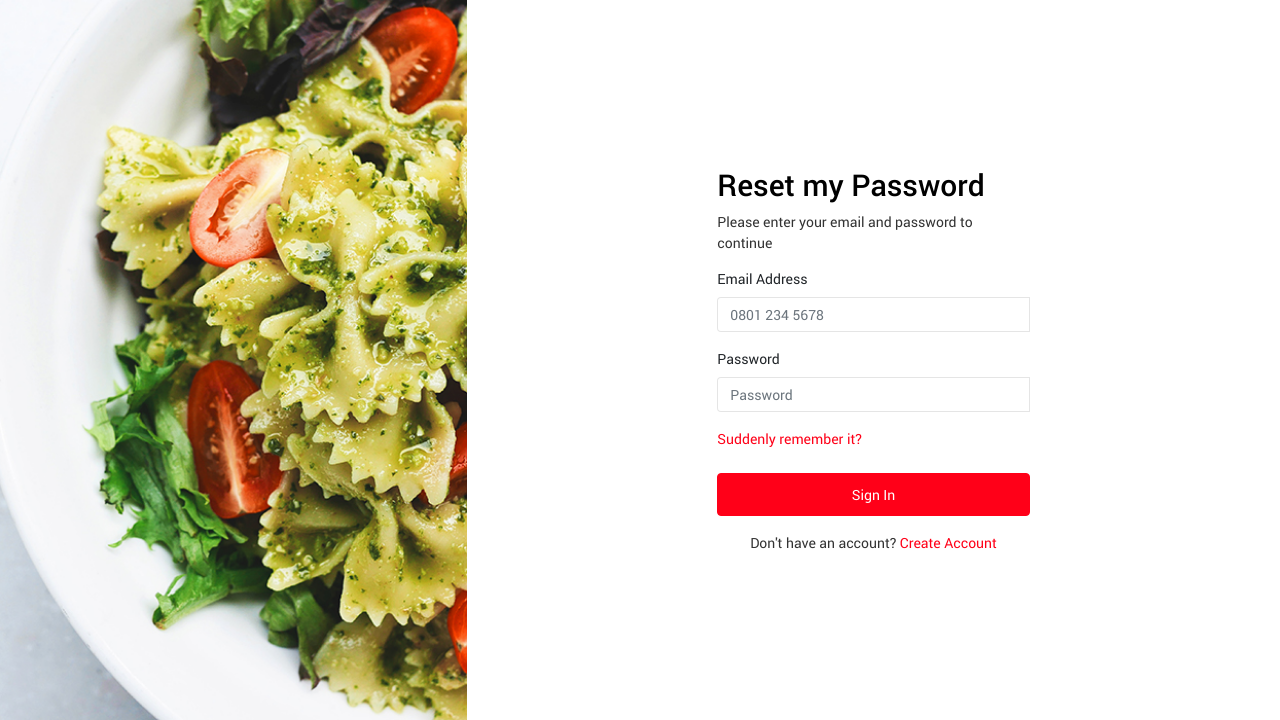
Repository: ahmedpeter/tavern
Page: /reset-password
These files come from the project's save history. The page is drawn as it stood at one moment and after the next save; the edit follows.
The browser window is 1280 px wide. The pictures show the whole page.
The project was rebuilt for these pictures with package versions that can differ from the ones it lists, and the page was loaded fresh each time. Also part of the build but not shown: src/components/auth/register.jsx, src/components/auth/login.jsx, src/assets/css/jquery-ui.min.css.

Above is the page before, as saved 2024-05-23 01:16:35.

After the next save:
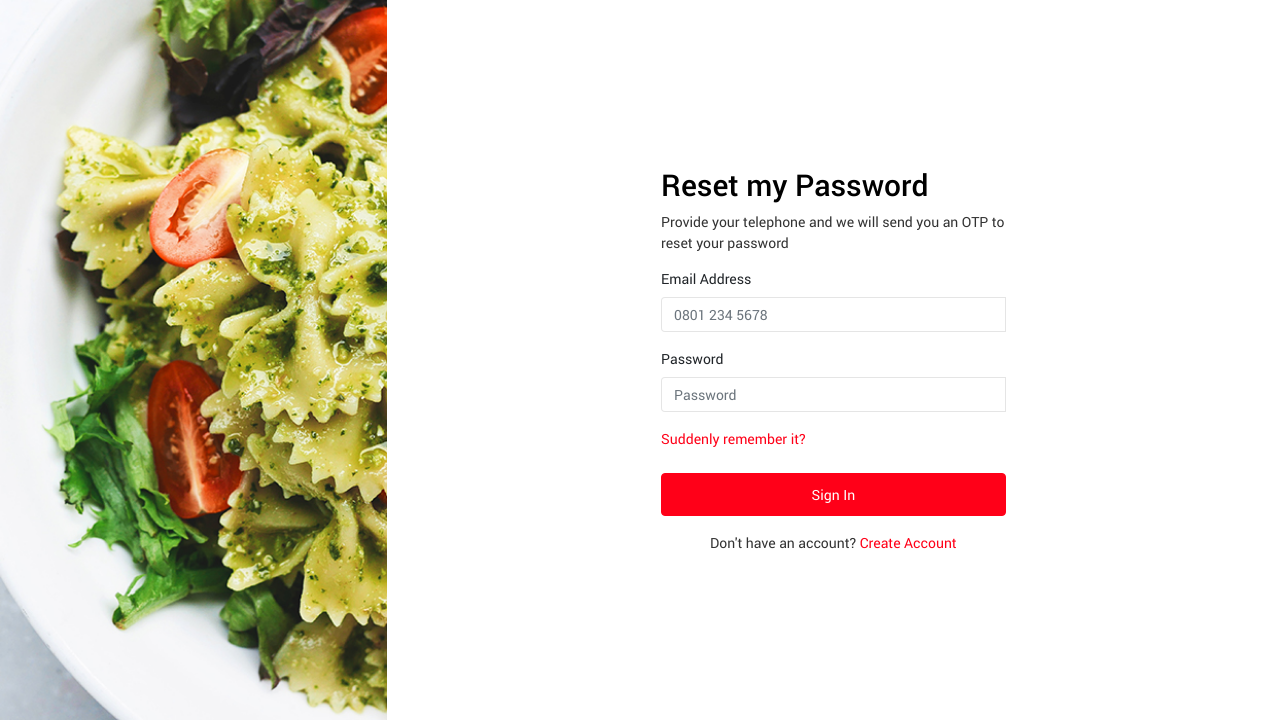
Saved 27 s later.
--- a/src/components/auth/resetpassword.jsx
+++ b/src/components/auth/resetpassword.jsx
@@ -11,7 +11,10 @@ const ResetPassword = () => {
           <div class="ms-auth-form">
             <form class="needs-validation" novalidate="">
               <h3>Reset my Password</h3>
-              <p>Please enter your email and password to continue</p>
+              <p>
+                Provide your telephone and we will send you an OTP to reset your
+                password
+              </p>
               <div class="mb-3">
                 <label for="validationCustom08">Email Address</label>
                 <div class="input-group">
